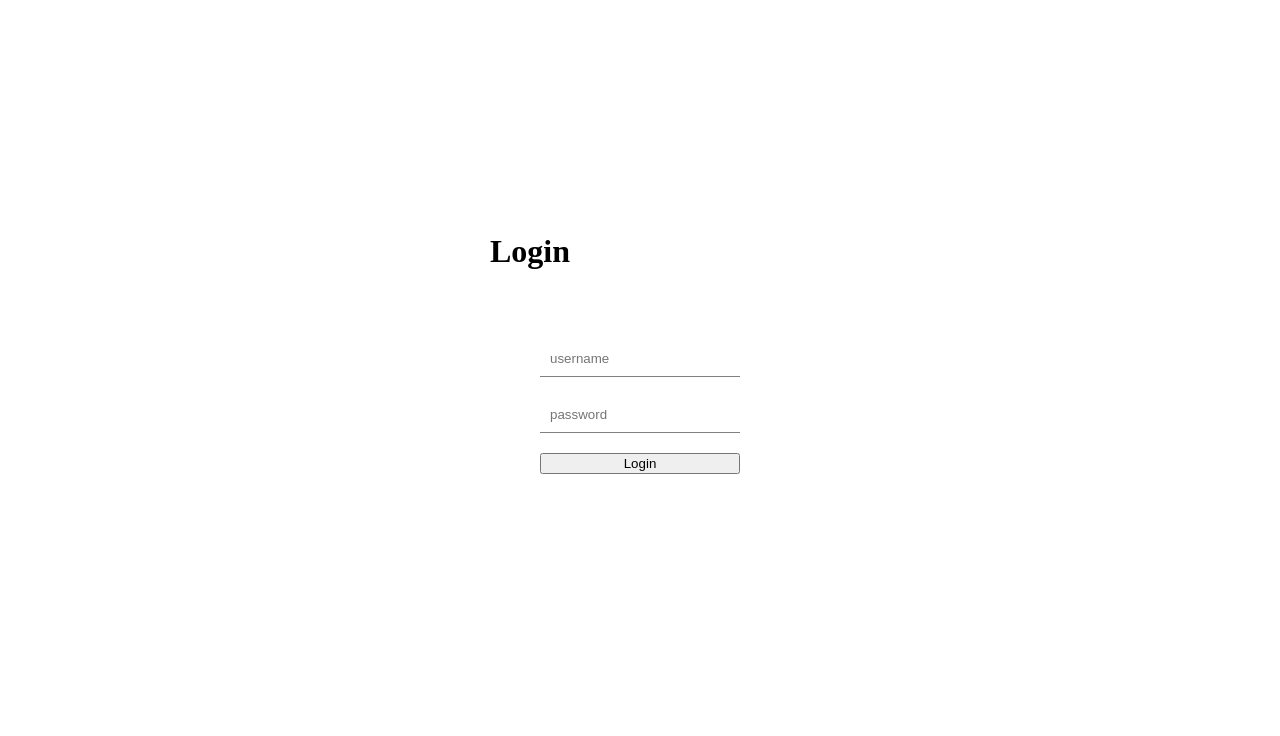
Repository: Jace9999/V-Blog
Page: /login (app in client/youtube2022/)
The author's editor kept a copy of each file at every save. The page is drawn from the files as they stood at one save, then again after the next save.
The browser window is 1280 px wide. The pictures show the whole page.
The project was rebuilt for these pictures with package versions that can differ from the ones it lists, and the page was loaded fresh each time. Also part of the build but not shown: client/youtube2022/src/pages/Register.jsx, client/youtube2022/src/pages/Home.jsx, client/youtube2022/src/pages/Single.jsx, client/youtube2022/src/pages/Write.jsx, client/youtube2022/src/components/Navbar.jsx, client/youtube2022/src/components/Footer.jsx.

Above is the page before, as saved 2023-08-02 14:36:41.

### client/youtube2022/src/App.jsx
import {
  createBrowserRouter,
  RouterProvider,
  Route,
  Outlet,
} from "react-router-dom"

import { Register } from "./pages/Register";
import { Home } from "./pages/Home";
import { Single } from "./pages/Single";
import { Write } from "./pages/Write";
import { Login } from "./pages/Login";
import { Navbar } from "./components/Navbar";
import { Footer } from "./components/Footer";
import "./style.scss"

const Layout = ()=>{
  return (
    <>
    <Navbar/>
    <Outlet/>
    <Footer/>
    </>
  );
};

const router = createBrowserRouter([
  {
    path: "/",
    element: <Layout/>,
    children:[
      {
       path:"/",
        element:<Home/>
      },
      {
        path:"/post/:id",
        element:<Single/>
      },
      {
        path:"/write",
        element:<Write/>
      }
  ]
  },
  {
    path: "/register",
    element: <Register/>
  },
  {
    path: "/single",
    element: <Single/>
  },
  {
    path: "/write",
    element: <Write/>
  },
  {
    path: "/login",
    element: <Login/>
  },
  {
    path: "/home",
    element: <Home/>
  }

]);



function App() {
  return (
    <div className="app">
      <div className="container">

        <RouterProvider router= {router}/>

      </div>
    </div>);
}



export default App;

### client/youtube2022/src/pages/Login.jsx
import React from 'react'

export const Login = () => {
  return (
    <div className='auth'>
      <h1>Login</h1>
      <form>
        <input type="text" placeholder='username'/>
        <input type="password" placeholder='password'/>
        <button>Login</button>
      </form>

    </div>
  )
}

### client/youtube2022/src/style.scss

$lightGreen : #b9e7e7;

.app{
    .container{
        //Login & Register
         display:flex;
         flex-direction: column;
         align-items: center;
         justify-content: center;
         height: 100vh;
         background-color : $lightGreen


    h1{
        font-size:20px;
        color: teal;
        margin-bottom: 20px;
    }

    form{
        display: flex;
        flex-direction: column;
        padding: 50px;
        background-color: white;
        width: 200px;
        gap: 20px;

        input{
            padding: 10px;
            border: none;
            border-bottom: 1px solid gray;
            cursor: pointer;
            color: white;
        }
    }

    }
}

Loaded but not shown: client/youtube2022/index.html (common file); client/youtube2022/src/main.jsx (common file)

After the next save:
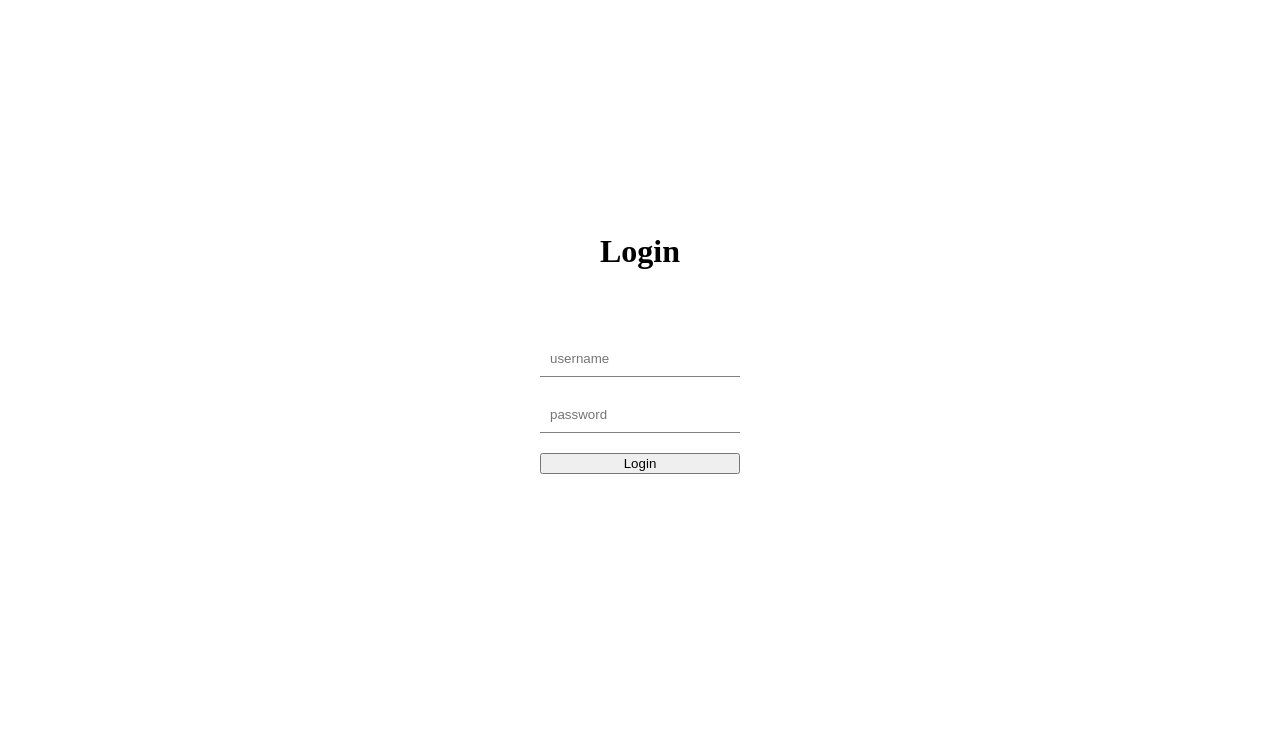
Saved 75 s later.
--- a/client/youtube2022/src/style.scss
+++ b/client/youtube2022/src/style.scss
@@ -4,35 +4,39 @@ $lightGreen : #b9e7e7;
 .app{
     .container{
         //Login & Register
-         display:flex;
-         flex-direction: column;
-         align-items: center;
-         justify-content: center;
-         height: 100vh;
-         background-color : $lightGreen
 
 
-    h1{
-        font-size:20px;
-        color: teal;
-        margin-bottom: 20px;
-    }
+         .auth{
+            display:flex;
+            flex-direction: column;
+            align-items: center;
+            justify-content: center;
+            height: 100vh;
+            background-color : $lightGreen
 
-    form{
-        display: flex;
-        flex-direction: column;
-        padding: 50px;
-        background-color: white;
-        width: 200px;
-        gap: 20px;
+            h1{
+                font-size:20px;
+                color: teal;
+                margin-bottom: 20px;
+            }
 
-        input{
-            padding: 10px;
-            border: none;
-            border-bottom: 1px solid gray;
-            cursor: pointer;
-            color: white;
-        }
+            form{
+                display: flex;
+                flex-direction: column;
+                padding: 50px;
+                background-color: white;
+                width: 200px;
+                gap: 20px;
+
+                input{
+                    padding: 10px;
+                    border: none;
+                    border-bottom: 1px solid gray;
+                    cursor: pointer;
+                    color: white;
+                }
+         }
+
     }
 
     }
